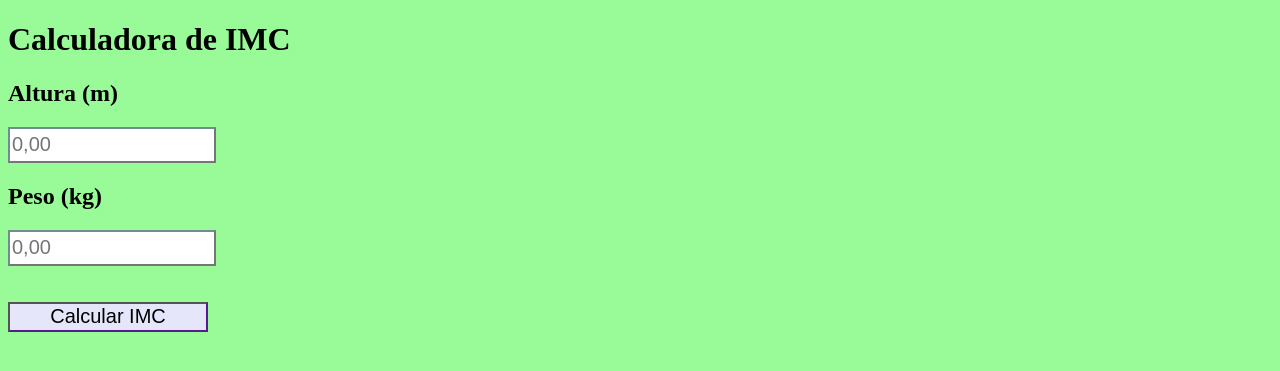
Repository: DeboraGuerra/programacaoWeb
Page: http://localhost/Desafio03/
An editor plug-in stored every save of this project. The page is shown before and after the next save, followed by the edit.
The browser window is 1280 px wide. The pictures show the whole page.
The page is served by Tomcat 9. Other server files are loaded and not shown.

Above is the page before, as saved 2020-03-24 00:03:20.

### projetos-java/Desafio03/WebContent/index.htm
<!DOCTYPE html>

<html>

	<head>
		<meta charset="UTF-8">
		<title>Calculadora de IMC</title>
		<link rel="stylesheet" href="style.css">
	</head>

	<body class="bkgPadrao">
		<form method="get" action="imc" name="formIMC">

			<h1>Calculadora de IMC</h1>

			<h2>Altura (m)</h2>
			<input type="number" class="caixa" name="altura" required="required"
			 placeholder="0,00" step="0.01" min=0>


			<h2>Peso (kg)</h2>
			<input type="number" class="caixa" name="peso" required="required"
			 placeholder="0,00" step="0.01" min=0>

			<br><br><br>
			<input type="submit" class="botao1" value="Calcular IMC">

		</form>
	</body>

</html>

### projetos-java/Desafio03/WebContent/style.css
@charset "UTF-8";

.bkgPadrao {
	background-color: #98fb98;
}

.caixa {
    width: 200px;
    height: 30px;
    font-size: 20px;
    border-top-color: #b0e0e6;
    border-left-color: #b0e0e6;
}

.botao1 {
    background-color: #e6e6fa;
    width: 200px;
    height: 30px;
    font-size: 20px;
    border-right-color: #8a2be2;
    border-bottom-color: #8a2be2;
}

.botao2 {
    background-color: #e6e6fa;
    width: 250px;
    height: 30px;
    font-size: 20px;
    border-right-color: #8a2be2;
    border-bottom-color: #8a2be2;
}

After the next save:
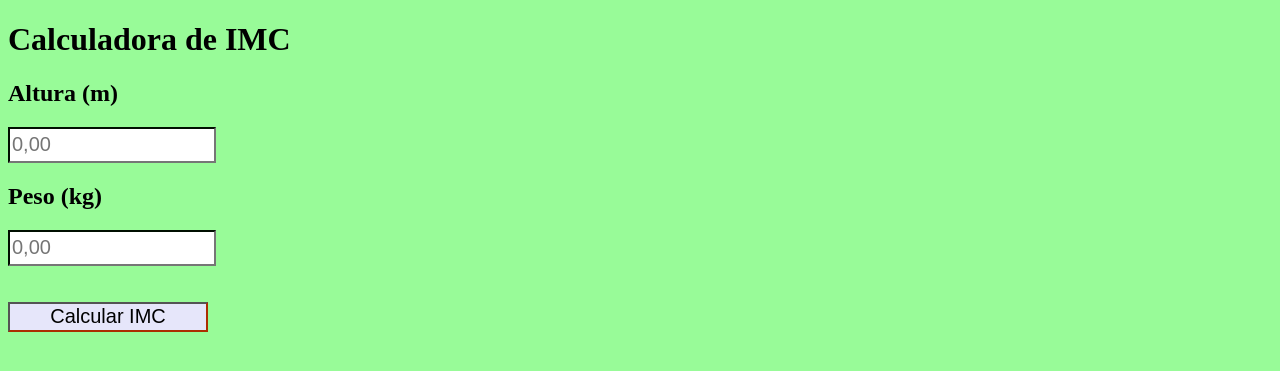
Saved 115 s later.
--- a/projetos-java/Desafio03/WebContent/style.css
+++ b/projetos-java/Desafio03/WebContent/style.css
@@ -8,8 +8,8 @@
     width: 200px;
     height: 30px;
     font-size: 20px;
-    border-top-color: #b0e0e6;
-    border-left-color: #b0e0e6;
+    border-top-color: #006400;
+    border-left-color: #006400;
 }
 
 .botao1 {
@@ -17,8 +17,8 @@
     width: 200px;
     height: 30px;
     font-size: 20px;
-    border-right-color: #8a2be2;
-    border-bottom-color: #8a2be2;
+    border-right-color: #ff4500;
+    border-bottom-color: #ff4500;
 }
 
 .botao2 {
